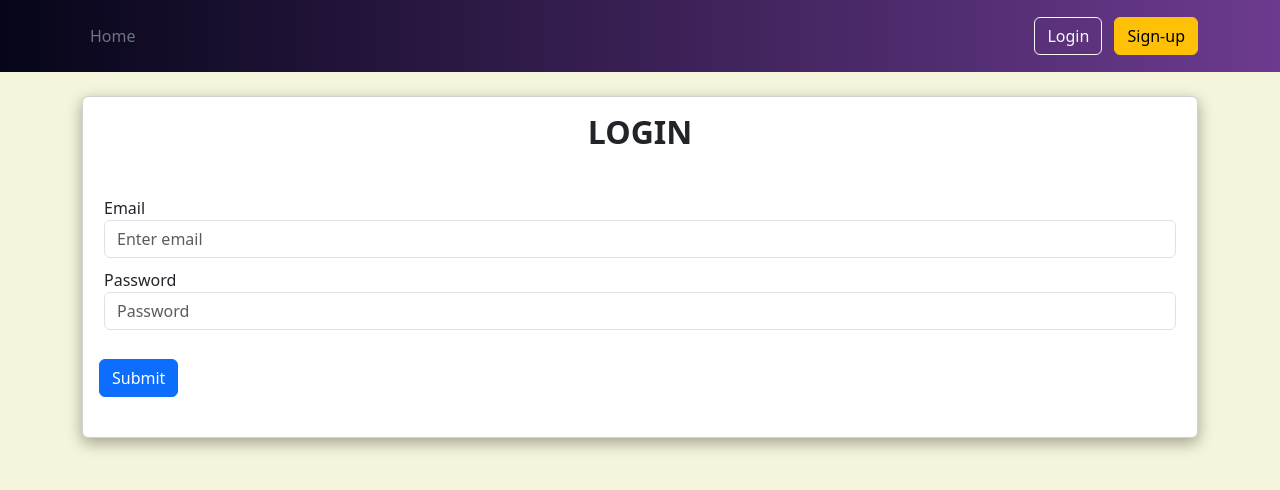
Repository: professorsourabh/php_membership
Page: view/verificationPage.html
These files come from the project's save history. The page is drawn as it stood at one moment and after the next save; the edit follows.
The browser window is 1280 px wide. The pictures show the whole page.

Above is the page before, as saved 2023-07-08 18:13:02.

### view/verificationPage.html
<html lang="en">
<head>
    <meta charset="UTF-8">
    <meta name="viewport" content="width=device-width, initial-scale=1.0">
    <title>Assesment</title>
    <link href="https://cdn.jsdelivr.net/npm/bootstrap@5.3.0/dist/css/bootstrap.min.css" rel="stylesheet" integrity="sha384-9ndCyUaIbzAi2FUVXJi0CjmCapSmO7SnpJef0486qhLnuZ2cdeRhO02iuK6FUUVM" crossorigin="anonymous">
    <link rel="stylesheet" href="index.css"></link>
</head>
<body>
    <header class="p-3 bg-dark text-white">
        <div class="container">
          <div class="d-flex flex-wrap align-items-center justify-content-center justify-content-lg-start">


            <ul class="nav col-12 col-lg-auto me-lg-auto mb-2 justify-content-center mb-md-0">
              <li><a href="#" class="nav-link px-2 text-secondary">Home</a></li>

            </ul>




            <div class="text-end">
              <a type="button" class="btn btn-outline-light me-2" href="login.html">Login</a>
              <a type="button" class="btn btn-warning" href="index.html">Sign-up</a>
            </div>
          </div>
        </div>
      </header>
      <div class="container my-4">
        <div class="card my-4" style="box-shadow: rgba(0, 0, 0, 0.35) 0px 5px 15px;">
            <div class="card-heading text-center my-3 mx-2">
                <h2 class="text-uppercase fw-bold">Login</h2>
            </div>
            <div class="card-body">

        <form method="post" action="">


           <div class="form-group">
              <label for="exampleInputEmail">Email</label>
              <input type="email" class="form-control" name="email" id="email"  placeholder="Enter email">

            </div>


              <div class="form-group">
                <label for="exampleInputPassword">Password</label>
                <input type="password" class="form-control" name="password" id="exampleInputPassword" placeholder="Password">
              </div>


            <button type="submit" class="btn btn-primary my-4">Submit</button>
          </form>

            </div>
        </div>

    </div>






    <script src="https://cdn.jsdelivr.net/npm/bootstrap@5.3.0/dist/js/bootstrap.bundle.min.js" integrity="sha384-geWF76RCwLtnZ8qwWowPQNguL3RmwHVBC9FhGdlKrxdiJJigb/j/68SIy3Te4Bkz" crossorigin="anonymous"></script>
</body>
</html>

### index.css
*{
    padding: 0;
    margin: 0;
}

body{

    background-color: beige;
}
header{
    background: rgb(5,4,24);
    background: linear-gradient(90deg, rgba(5,4,24,0.9557072829131653) 0%, rgba(134,66,179,0.7400210084033614) 100%);
}
.registration-part{

    padding: 50px;

}
.text-cente{
    text-align: center;
}
div.form-group{
    padding: 5px;
}

After the next save:
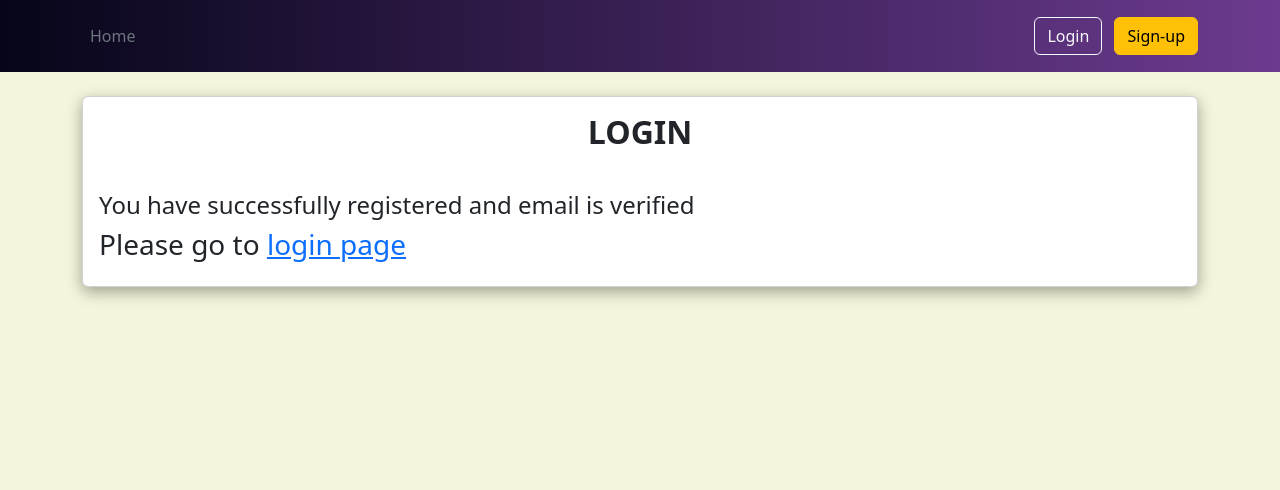
Saved 2 min 43 s later.
--- a/view/verificationPage.html
+++ b/view/verificationPage.html
@@ -34,24 +34,9 @@
             </div>
             <div class="card-body">
 
-        <form method="post" action="">
+              <h4>You have successfully registered and email is verified </h4>
+              <h3>Please go to <a href="../login.html">login page</a></h3>
 
-
-           <div class="form-group">
-              <label for="exampleInputEmail">Email</label>
-              <input type="email" class="form-control" name="email" id="email"  placeholder="Enter email">
-
-            </div>
-
-
-              <div class="form-group">
-                <label for="exampleInputPassword">Password</label>
-                <input type="password" class="form-control" name="password" id="exampleInputPassword" placeholder="Password">
-              </div>
-
-
-            <button type="submit" class="btn btn-primary my-4">Submit</button>
-          </form>
 
             </div>
         </div>
